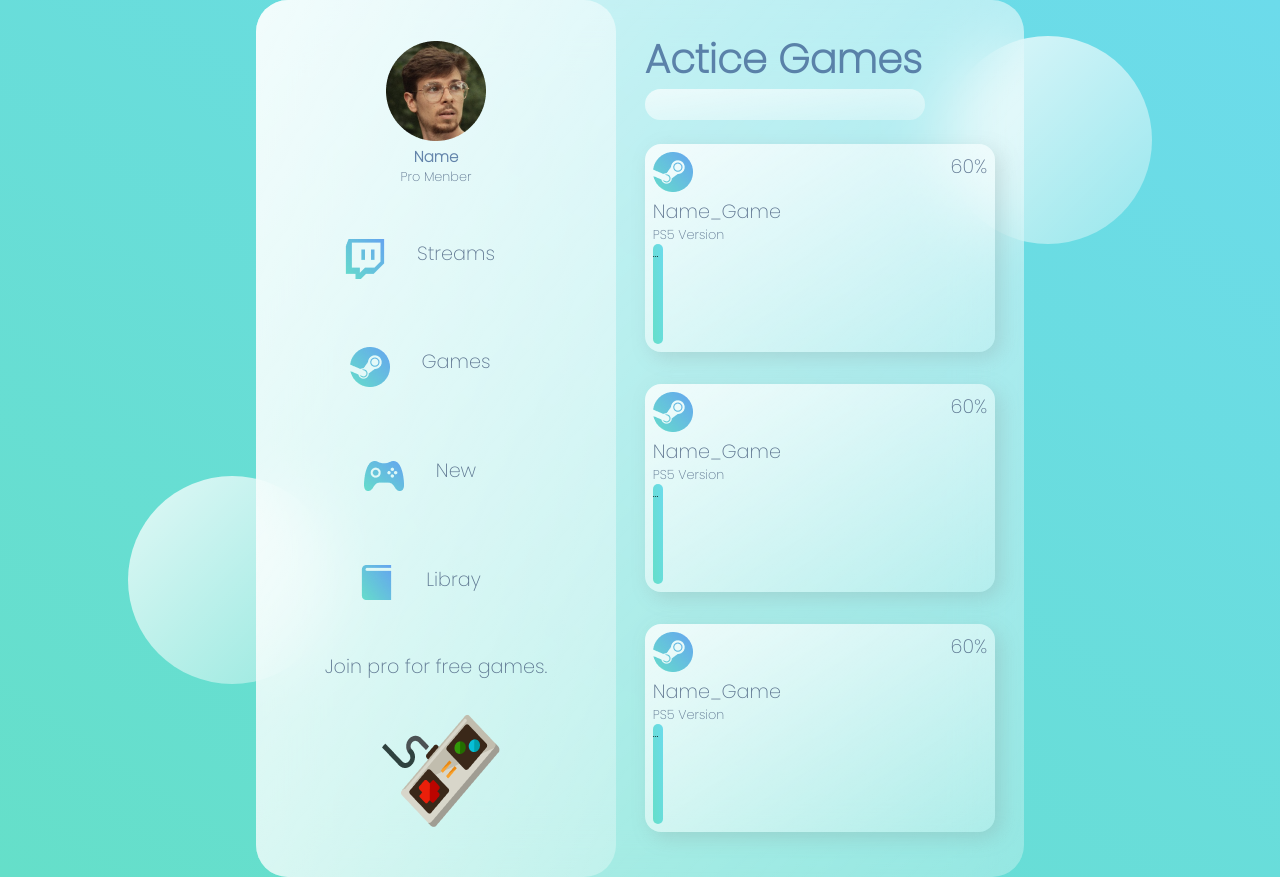
Repository: ServerK001/HomeGamer
Page: /
The author's editor kept a copy of each file at every save. The page is drawn from the files as they stood at one save, then again after a run of saves.
The browser window is 1280 px wide. The pictures show the whole page.
The project was rebuilt for these pictures with package versions that can differ from the ones it lists, and the page was loaded fresh each time.

Above is the page before, as saved 2021-12-28 14:29:18.

After the next 2 saves:
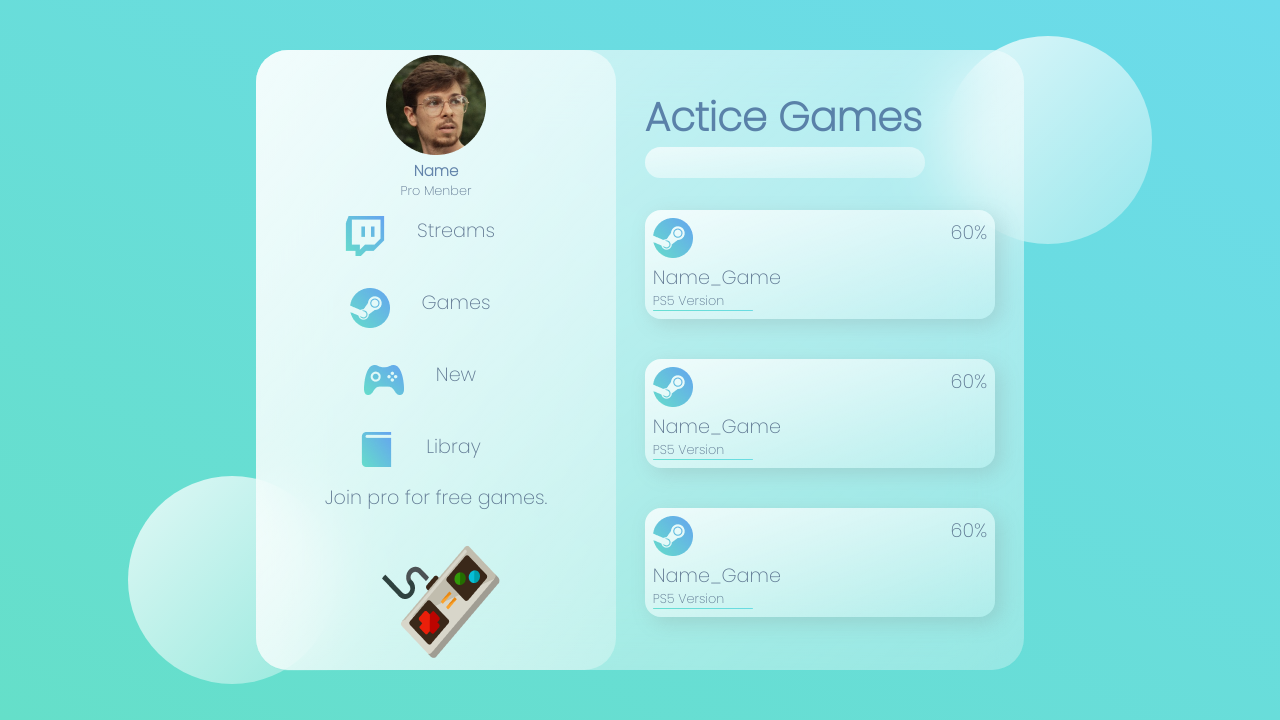
The 2 saves are shown as one change because they came seconds apart.
The last was saved 8 s later.
--- a/src/components/header/GamesProgress/cardsGames/styles.scss
+++ b/src/components/header/GamesProgress/cardsGames/styles.scss
@@ -11,8 +11,8 @@
 
 .progress {
     background: linear-gradient(to right top, #65dfc9, #6cdbeb);
-    width: 10px;
-    height: 100px;
+    width: 100px;
+    height: 1px;
     border-radius: 1rem;
     position: relative;
     overflow: hidden;
